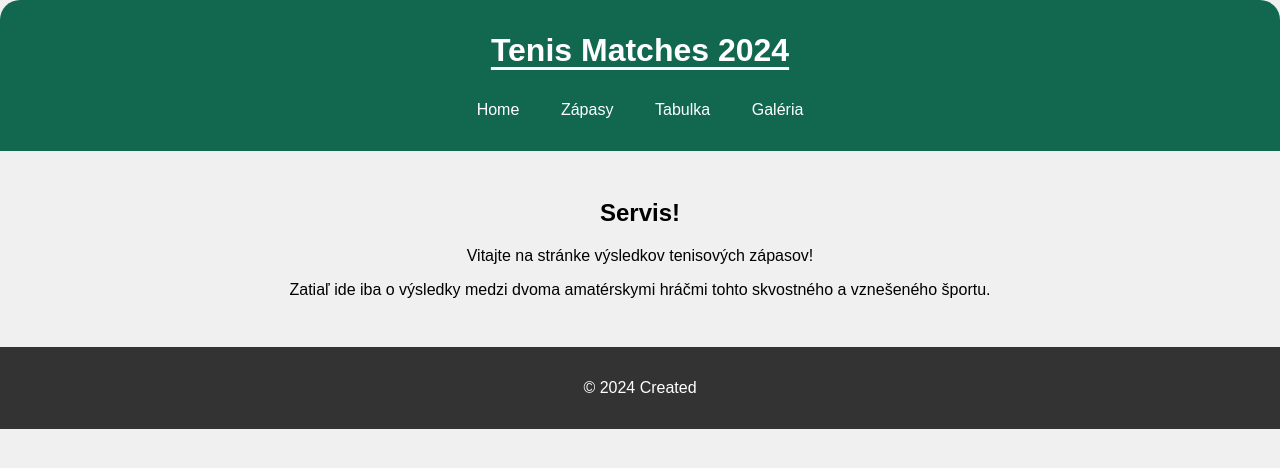
Repository: Badynko/tenis
Page: index.html
An editor plug-in stored every save of this project. The page is shown before and after the next save, followed by the edit.
The browser window is 1280 px wide. The pictures show the whole page.

Above is the page before, as saved 2024-07-20 19:59:25.

After the next save:
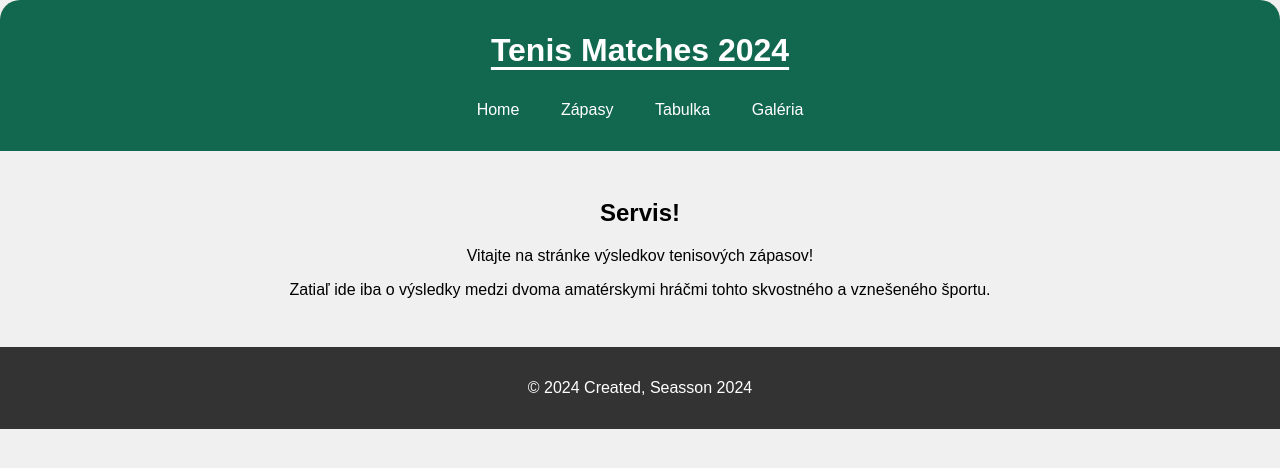
Saved 26 s later.
--- a/index.html
+++ b/index.html
@@ -30,7 +30,7 @@
       </section>
     </main>
     <footer>
-      <p>&copy; 2024 Created</p>
+      <p>&copy; 2024 Created, Seasson 2024</p>
     </footer>
     <script src="js/script.js"></script>
   </body>
